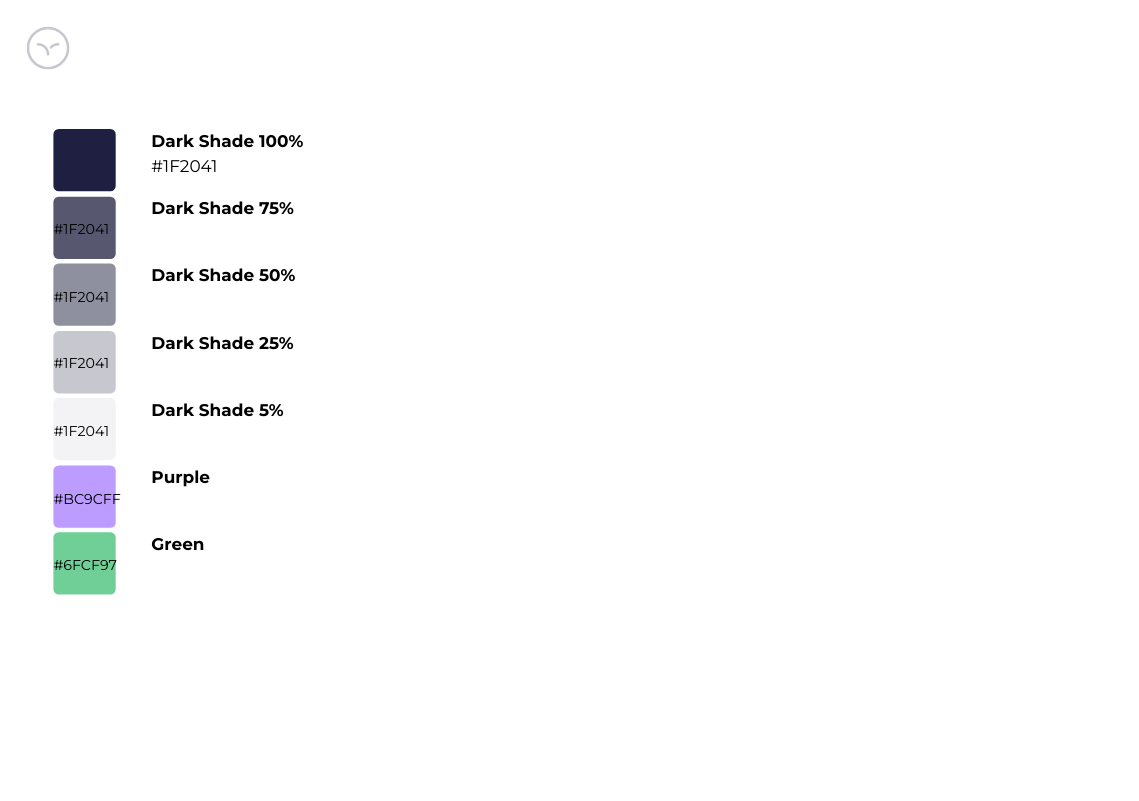
Repository: Inzhir2022/quatrain
Page: ui/index.html
The author's editor kept a copy of each file at every save. The page is drawn from the files as they stood at one save, then again after the next save.
The browser window is 1280 px wide. The pictures show the whole page, at 89% of full size.

Above is the page before, as saved 2022-07-23 09:40:01.

### ui/index.html
<!DOCTYPE html>
<html lang="en">

<head>
  <meta charset="UTF-8">
  <meta http-equiv="X-UA-Compatible" content="IE=edge">
  <meta name="viewport" content="width=device-width, initial-scale=1.0">
  <link rel="preconnect" href="https://fonts.googleapis.com">
  <link rel="preconnect" href="https://fonts.gstatic.com" crossorigin>
  <link href="https://fonts.googleapis.com/css2?family=Montserrat:wght@400;700&display=swap" rel="stylesheet">
  <link rel="stylesheet" href="style.css">
  <title>UI</title>
</head>

<body>
  <div class="colorsAndTypes">
    <div class="container">
      <div class="colorsAndTypes__logo logo">
        <svg class="logo__icon" width="48" height="48" viewBox="0 0 48 48" xmlns="http://www.w3.org/2000/svg">
          <path d="M23.9989 32.4712C23.2224 32.4712 22.5871 31.8359 22.5871 31.0594C22.5871 25.6241 18.14 21.177 12.7047 21.177C11.9283 21.177 11.293 20.5418 11.293 19.7653C11.293 18.9888 11.9283 18.3535 12.7047 18.3535C19.7283 18.3535 25.4106 24.0359 25.4106 31.0594C25.4106 31.8359 24.7753 32.4712 23.9989 32.4712Z" />
          <path d="M36.7068 19.7653C36.7068 20.5418 36.0715 21.177 35.295 21.177C31.9421 21.177 28.9421 22.8712 27.1774 25.4476C26.7892 24.4594 26.3303 23.5418 25.7656 22.6947C28.095 20.0123 31.5186 18.3535 35.295 18.3535C36.0715 18.3535 36.7068 18.9888 36.7068 19.7653Z" />
          <path d="M24 48C10.7647 48 0 37.2353 0 24C0 10.7647 10.7647 0 24 0C37.2353 0 48 10.7647 48 24C48 37.2353 37.2353 48 24 48ZM24 2.82353C12.3176 2.82353 2.82353 12.3176 2.82353 24C2.82353 35.6824 12.3176 45.1765 24 45.1765C35.6824 45.1765 45.1765 35.6824 45.1765 24C45.1765 12.3176 35.6824 2.82353 24 2.82353Z" />
        </svg>
      </div>
      <div class="colors">
        <div class="colors__wrapper">
          <div class="colors__item colors__item_darkShade"></div>
          <div class="colors__title">Dark Shade 100%
            <span class="colors__subtitle">#1F2041</span>
          </div>
        </div>

        <div class="colors__wrapper">
          <div class="colors__item colors__item_darkShade_75"></div>
          <div class="colors__title">Dark Shade 75%</div>
          <div class="colors__subtitle">#1F2041</div>
        </div>
        <div class="colors__wrapper">
          <div class="colors__item colors__item_darkShade_50"></div>
          <div class="colors__title">Dark Shade 50%</div>
          <div class="colors__subtitle">#1F2041</div>
        </div>
        <div class="colors__wrapper">
          <div class="colors__item colors__item_darkShade_25"></div>
          <div class="colors__title">Dark Shade 25%</div>
          <div class="colors__subtitle">#1F2041</div>
        </div>
        <div class="colors__wrapper">
          <div class="colors__item colors__item_darkShade_5"></div>
          <div class="colors__title">Dark Shade 5%</div>
          <div class="colors__subtitle">#1F2041</div>
        </div>
        <div class="colors__wrapper">
          <div class="colors__item colors__item_purple"></div>
          <div class="colors__title">Purple</div>
          <div class="colors__subtitle">#BC9CFF</div>
        </div>
        <div class="colors__wrapper">
          <div class="colors__item colors__item_green"></div>
          <div class="colors__title">Green</div>
          <div class="colors__subtitle">#6FCF97</div>
        </div>

      </div>
    </div>
  </div>



</body>

</html>

### ui/style.css
:root {
  --darkShade_100: rgba(31, 32, 65, 1);
  --darkShade_75: rgba(31, 32, 65, .75);
  --darkShade_50: rgba(31, 32, 65, .5);
  --darkShade_25: rgba(31, 32, 65, .25);
  --darkShade_5: rgba(31, 32, 65, .05);
  --purple: rgb(188, 156, 255);
  --green: rgb(111, 207, 151);
}

body {
  position: relative;
  margin: 0;
  padding: 0;
  box-sizing: border-box;
  font-family: 'Montserrat', sans-serif;
}

.container {
  display: grid;
  grid-template-columns: repeat(12, 96.67px);
  column-gap: 20px;
  margin: 0 auto;
  max-width: 1160px;
  min-height: 900px;
}

.colorsAndTypes .container {
  grid-template-rows: 145px 1fr;
}

.colorsAndTypes__logo {
  position: absolute;
  top: 30px;
  left: 30px;
}
.logo__icon {
  fill: rgba(31, 32, 65, .25);
}

.colors {
  grid-column: 1/4;
  grid-row: 2;
}

.colors__wrapper {
  display: grid;
  grid-template-columns: 70px 171px;
  grid-template-rows: repeat(2, 27.79px);
  column-gap: 40px;
  margin-bottom: 20px;
}

.colors__item {
  width: 70px;
  height: 70px;
  border-radius: 6px;
}

.colors__item_darkShade {
  background-color: var(--darkShade_100);
}
.colors__item_darkShade_75 {
  background-color: var(--darkShade_75);
}
.colors__item_darkShade_50 {
  background-color: var(--darkShade_50);
}
.colors__item_darkShade_25 {
  background-color: var(--darkShade_25);
}
.colors__item_darkShade_5 {
  background-color: var(--darkShade_5);
}
.colors__item_purple {
  background-color: var(--purple);
}
.colors__item_green {
  background-color: var(--green);
}

.colors__title {
  font-size: 19px;
  font-weight: 700;
  line-height: 28px;
}

.colors__subtitle {
  display: block;
  font-weight: 400;
}

After the next save:
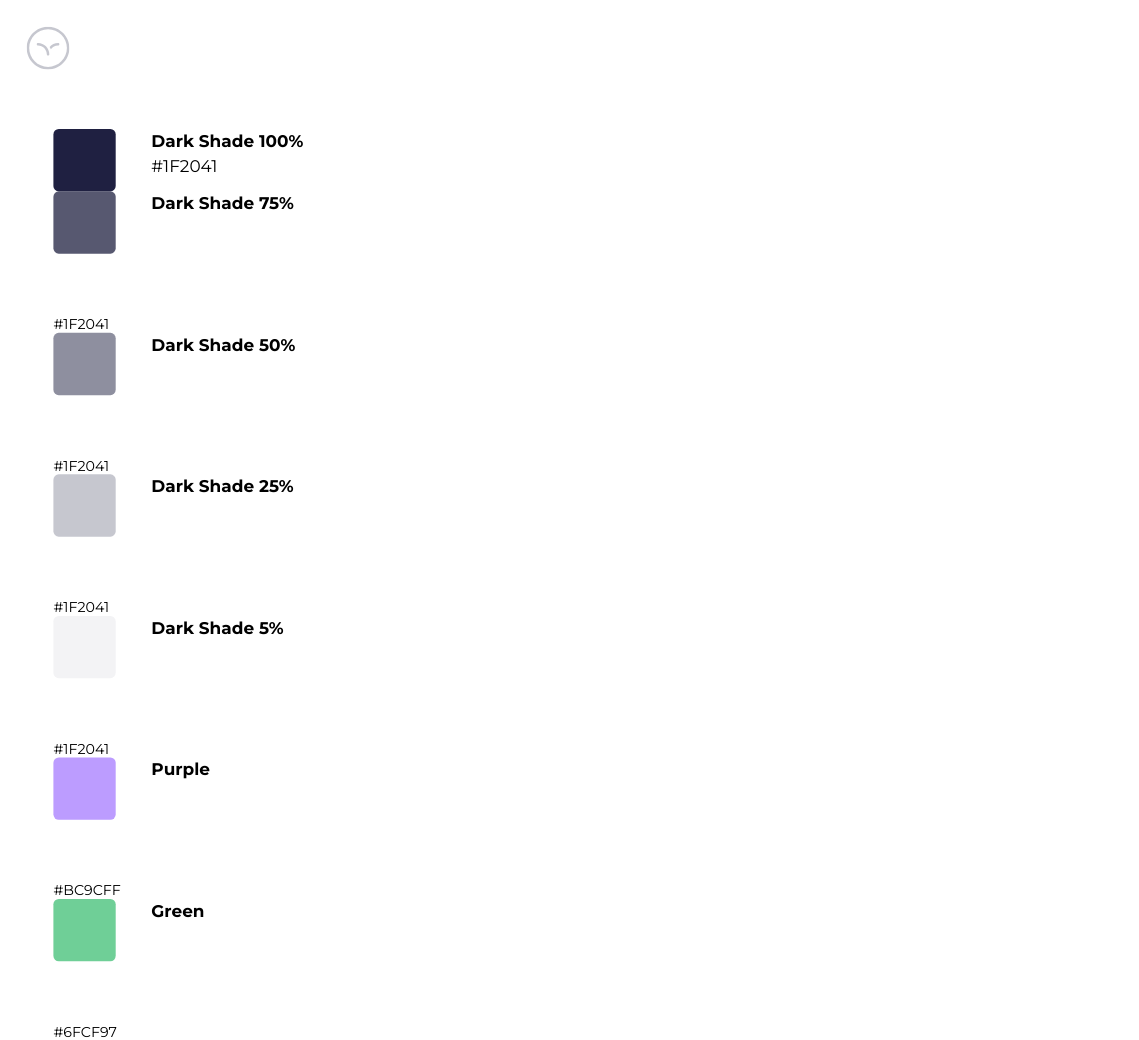
Saved 2 min 21 s later.
--- a/ui/style.css
+++ b/ui/style.css
@@ -46,9 +46,8 @@
 .colors__wrapper {
   display: grid;
   grid-template-columns: 70px 171px;
-  grid-template-rows: repeat(2, 27.79px);
   column-gap: 40px;
-  margin-bottom: 20px;
+  row-gap: 70px;
 }
 
 .colors__item {
